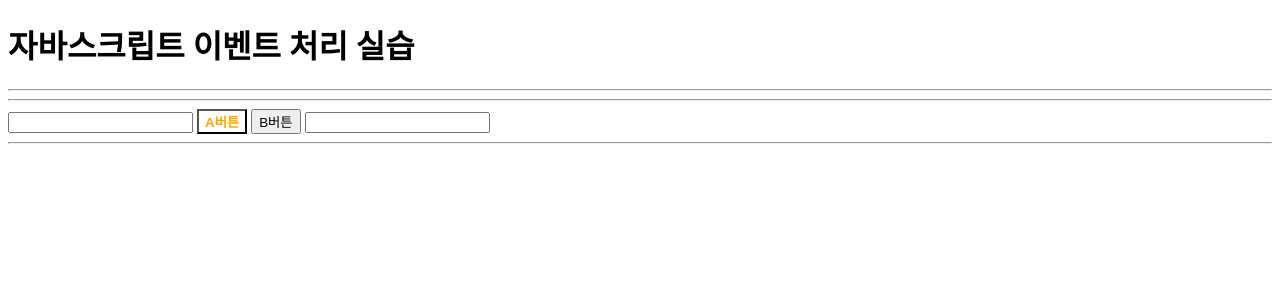
Repository: lolsoyeon/WebStudy
Page: WebApp03/WebContent/Test013.html
The author's editor kept a copy of each file at every save. The page is drawn from the files as they stood at one save, then again after the next save.
The browser window is 1280 px wide. The pictures show the whole page.
The pointer rests on the first visible `.btn`.

Above is the page before, as saved 2022-09-29 01:29:21.

### WebApp03/WebContent/Test013.html
<!DOCTYPE html>
<html>
<head>
<meta charset="UTF-8">
<title>Test013.html</title>

<style type="text/css">
	input.box:focus {background-color: yellow;}
	.btn:hover {background-color: #9990; color: orange; font-weight: bold; }
</style>

</head>
<body>

<div>
	<h1>자바스크립트 이벤트 처리 실습</h1>
	<hr>
</div>

<div>
	<hr>
	<input type="text" class="box" id="txtLeft">
	<input type="button" class="btn" id="btnA" value="A버튼">
	<input type="button" class="btn" id="btnB" value="B버튼">
	<input type="text" class="box" id="txtRight">
	<hr>
</div>


</body>
</html>

After the next save:
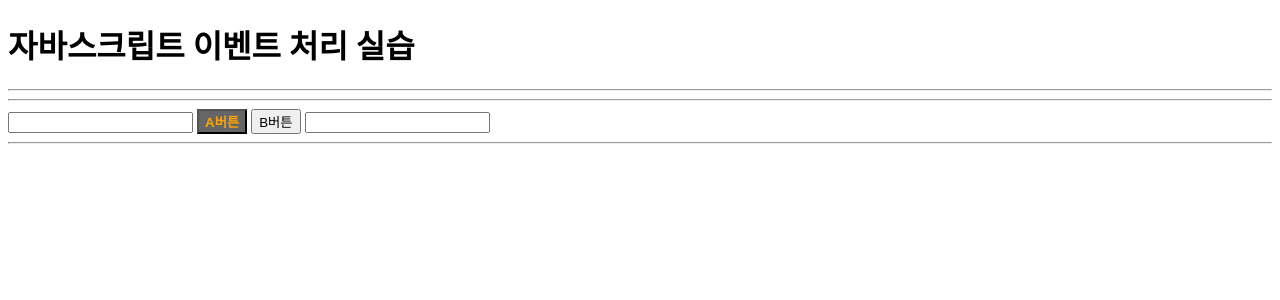
Saved 8 s later.
--- a/WebApp03/WebContent/Test013.html
+++ b/WebApp03/WebContent/Test013.html
@@ -6,7 +6,7 @@
 
 <style type="text/css">
 	input.box:focus {background-color: yellow;}
-	.btn:hover {background-color: #9990; color: orange; font-weight: bold; }
+	.btn:hover {background-color: #666; color: orange; font-weight: bold; }
 </style>
 
 </head>
